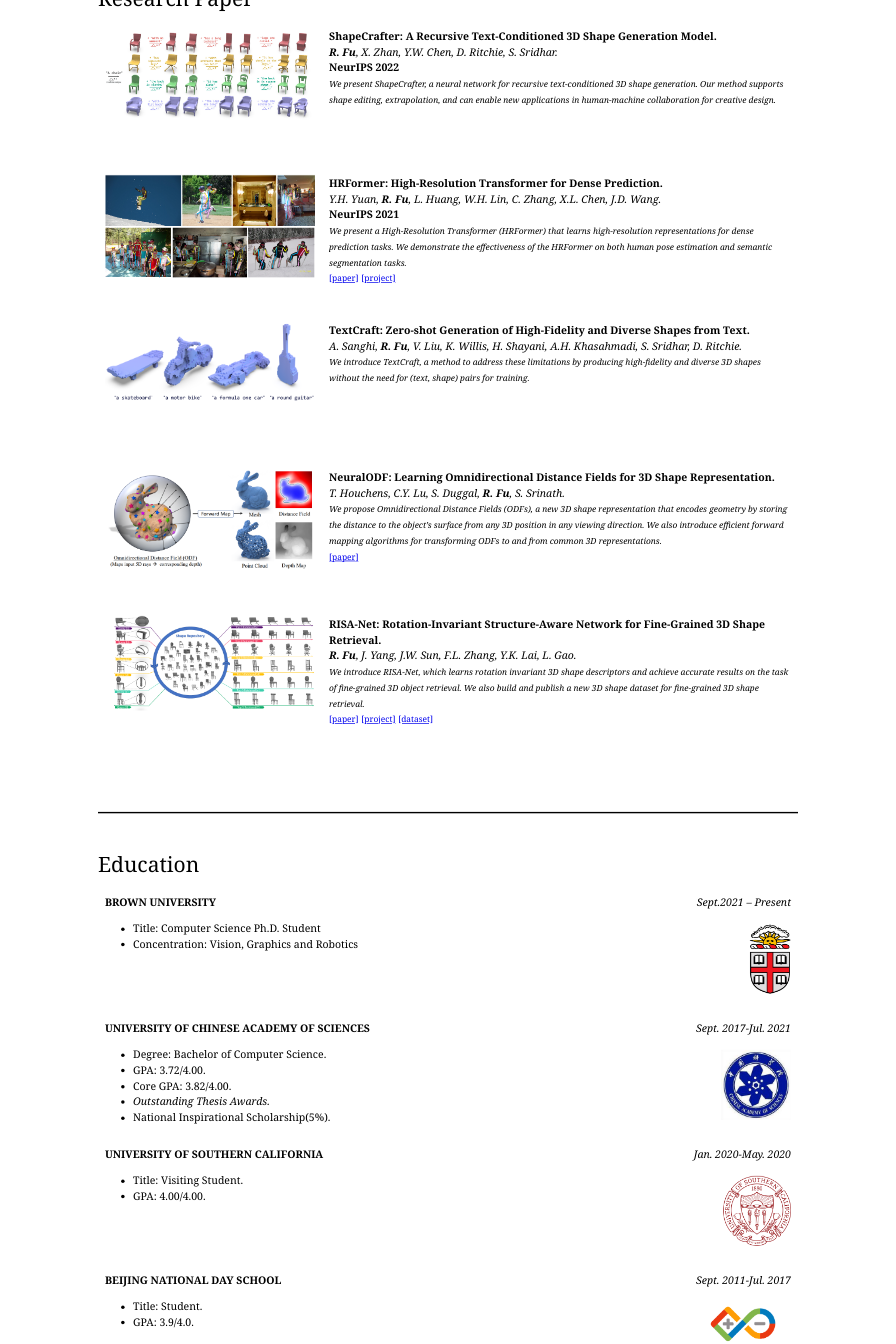
Repository: XinyangHan/XinyangHan.github.io
Page: index.html
The author's editor kept a copy of each file at every save. The page is drawn from the files as they stood at one save, then again after the next save.
The browser window is 1280 px wide. The pictures show the part of the page from y = 707 to 2627 px (the page is 4103 px tall before and 3473 px after), at 70% of full size.

Above is the page before, as saved 2023-02-11 14:09:26.
Console error (its wording comes from the project's code and is left out).

### index.html
<!DOCTYPE html>
<html>

<head>
	<meta charset="utf-8">
	<meta name="keywords" content="Rao FU, Rao FU, Rao Fu Homepage, Rao Fu Webpage, Rao Fu UCAS, Rao Fu Brown">
	<meta name="description" content="Rao FU's homepage">
	<meta name="viewport" content="width=device-width, initial-scale=1">
	<title>Rao FU | Homepage</title>
	<link href="style.css" rel="stylesheet" />
	<style>
	</style>



</head>

<body>
<!-------------------------------------------------- Header -------------------------------------------------->
<div id="header">
	<h1> Xinyang Han </h1>
	<h2>Computer Vision/Computer Graphics/Deep Learning</h2>
</div><!-- Header -->

<!-------------------------------------------------- Navbar -------------------------------------------------->
<div id="nav-wrapper">
<div id="nav">
			<button class="btn active" onclick="window.location.href = './index.html#content_home';">Home</button>
			<button class="btn" onclick="window.location.href = './index.html#content_project';">Research</button>
			<button class="btn" onclick="window.location.href = './index.html#content_exp';">Experience</button>
			<button class="btn" onclick="window.location.href = './resource/My_CV.pdf'; target='_blank'; ">CV</button>
			<button class="btn" onclick="window.location.href = './index.html#c_contact_biography';">Contact</button>
			<!-- <a href="./index.html#content_home" class="active">Home</a>  -->
			<!-- <a href="./index.html#content_project">Research</a> -->
			<!-- <a href="./index.html#content_exp">Experience</a> -->
			<!-- <a href="./resource/MY_CV.pdf">CV</a> -->
			<!-- <a href="./index.html#c_contact_biography">Contact</a> -->
</div> <!-- #nav -->
</div>

<!-------------------------------------------------- Script -------------------------------------------------->
<script>
	// Get the container element
	var btnContainer = document.getElementById("nav");

	// Get all buttons with class="btn" inside the container
	var btns = btnContainer.getElementsByClassName("btn");

	// Loop through the buttons and add the active class to the current/clicked button
	for (var i = 0; i < btns.length; i++) {
	btns[i].addEventListener("click", function() {
		var current = document.getElementsByClassName("active");
		current[0].className = current[0].className.replace(" active", "");
		this.className += " active";
	});
	}
</script>

<!-------------------------------------------------- Content Home-------------------------------------------------->
<div class="content"  id="content_home">

	<div class="c_home_wrapper">
		<div id="c_biography">
			<strong id="c_font1">Hello,</strong><br>
			<span class="c_font2">a bit about me:</span><br>
			<p class="c_font3">
				I am a concurrent student at UC Berkeley, and an undergraduate an UCAS, where I am happy to work with Prof. Lin Gao and Prof. Shuqiang Jiang.
			</p>
			<p class="c_font3">
				My research intereset lies in 3D Generation models and Logical thinking of artificial intelligence.
			</p>
			<p class="c_font3">
				I am passionate about digital art, reading, hiking and making friends.
			</p>
		</div>

		<div id="c_profile">
			<div class="c_thumbnail">
				<img src="img/round_profile.png" id="buttons" alt="profile_button" >
				<div class="overlay">
					<p>
						勿戳！<br>
						Don't poke my cheeks!<br>
						¡no me toques las mejillas! <br>
						मेरे गाल मत दबाओ! <br>
						আমার গালে খোঁচা দিও না! <br>
						não cutuque minhas bochechas! <br>
						не тыкай меня в щеки! <br>
						私の頬をつつかないで！ <br>
						ਮੇਰੀਆਂ ਗੱਲ੍ਹਾਂ ਨੂੰ ਨਾ ਮਾਰੋ! <br>
						唔好戳我嘅脸颊！<br>
						đừng chọc má tôi!<br>
						నా బుగ్గలు కుట్టకు!<br>
						yanaklarımı dürtme!<br>
						내 뺨을 찌르지 마! <br>
						ne touchez pas mes joues!<br>
						stoß mir nicht in die Wangen!<br>
						என் கன்னங்களை குத்தாதே!<br>
						میرے گالوں کو مت مارو!<br>
						ojo nyocot pipiku!<br>
						non toccarmi le guance!<br>
						لا تكز خدي!<br>
					</p>
				</div>
			</div>
		</div>

		<div id="c_info">
			<!-- <strong id="c_font4">And more</strong><br>
			<strong id="c_font4">about me</strong><br> -->
			<span class="c_font2_1"> and more about me... </span><br>
			<!-- CONTENT TODO -->
			<div class="thumbnail">
				<img src="img/email_icon.jpg" id="button0" alt="email_button" >
				<div class="overlay" onclick="window.location.href = 'hanxinyang20a@mails.ucas.ac.cn';" >
					<p>Email to<br>Say Hi</p>
				</div>
			</div> <!-- .thumbnail -->


			<div class="thumbnail">
				<img src="img/cv_icon.jpg" id="button1" alt="cv_button" >
				<div class="overlay"  onclick="window.location.href='./resource/Xinyang_Han_CV.pdf'; " >
					<p>CV/<br>Resume</p>
				</div>
			</div> <!-- .thumbnail -->

			<!-- <div class="thumbnail">
				<img src="img/gs_icon.png" id="button2" alt="google_button" >
				<div class="overlay" onclick="window.location.href = 'https://scholar.google.com/citations?hl=en&user=VWMWQEcAAAAJ';" >
					<p>Google<br>Scholar</p>
				</div>
			</div>  -->

			<div class="thumbnail">
				<img src="img/linkedin_icon.png" id="button3" alt="lkin_icon" >
				<div class="overlay" onclick="window.location.href = 'https://www.linkedin.com/in/xinyang-han-313bba265/;" >
					<p>LinkedIn<br>Profile</p>
				</div>
			</div> <!-- .thumbnail -->

			<div class="thumbnail">
				<img src="img/ucas_button.png" id="button4" alt="ucas_button" >
				<div class="overlay" onclick="window.location.href = 'https://en.wikipedia.org/wiki/University_of_the_Chinese_Academy_of_Sciences/';" >
					<p>B.E.@<br>UCAS</p>
				</div>
			</div> <!-- .thumbnail -->

			<div class="thumbnail">
				<img src="img/Seal_of_University_of_California,_Berkeley.svg.png" id="button5" alt="brown_button">
				<div class="overlay" onclick="window.location.href = 'https://www.berkeley.edu/';" >
					<p>Exchanging student.@<br>UCB
					</p>
				</div>
			</div> <!-- .thumbnail -->

			<!--<div class="thumbnail">
				<img src="img/cat_icon.jpg" id="button6" alt="cat_button">
				<div class="overlay" onclick="window.location.href = 'https://instagram.com/inocchi_mew?r=nametag';" >
					<p>My Cat<br>Inocchi
					</p>
				</div>
			</div>  .thumbnail -->

			<div class="thumbnail">
				<img src="img/art_icon.jpg" id="button6" alt="art_button">
				<div class="overlay" onclick="window.location.href = './index.html#content_home';" >
					<p>Arts<br>Todo...</p>
				</div>
			</div> <!-- .thumbnail -->

		</div>
	</div><!-- Home Wrapper-->

	<div class="clearfloat"></div>
</div><!-- Content Home-->

<!-------------------------------------------------- Content Project -------------------------------------------------->
<div class="content">

	<div class="c_public_wrapper" id="content_project">
		<div class="c_font1_1">Research Paper</div>
		<div class="c_public">
			<div class="disp_wrapper">
				<!-- <a href="./img/HRFormer.png" data-lightbox="project1" data-title="HRFormer2 Structure"> -->
					<img src="./img/project_shapecrafter.jpg" class="project_img" title="ShapeCrafter Structure">
				<!-- </a> -->
				<!-- <p class="small_font">click image for details</p> -->
			</div>
			<strong>ShapeCrafter: A Recursive Text-Conditioned 3D Shape Generation Model.</strong>
			<br><em><strong>R. Fu</strong>, X. Zhan, Y.W. Chen, D. Ritchie, S. Sridhar. </em>
			<br><strong>NeurIPS 2022</strong></em>
			<br><em class="small_font">We present ShapeCrafter, a neural network for recursive text-conditioned 3D shape generation.
				Our method supports shape editing, extrapolation, and can enable new applications in human-machine collaboration for creative design.</em>
			<!-- <br><a href="https://arxiv.org/abs/2207.09446" class="small_font">[paper]</a>
			<a href="https://ivl.brown.edu/projects/shapecrafter" class="small_font">[project]</a>	-->
		</div>

		<div class="c_public">
			<div class="disp_wrapper">
				<!-- <a href="./img/project_hrformer.png" data-lightbox="project1" data-title="HRFormer2 Structure"> -->
					<img src="./img/project_hrformer.png" class="project_img" title="HRFormer2 Structure">
				<!-- </a> -->
				<!-- <p class="small_font">click image for details</p> -->
			</div>
			<strong>HRFormer: High-Resolution Transformer for Dense Prediction.</strong>
			<br><em>Y.H. Yuan, <strong>R. Fu</strong>, L. Huang, W.H. Lin, C. Zhang, X.L. Chen, J.D. Wang. </em>
			<br><strong>NeurIPS 2021</strong></em>
			<br><em class="small_font">We present a High-Resolution Transformer (HRFormer) that learns high-resolution
				representations for dense prediction tasks. We demonstrate the effectiveness
				of the HRFormer on both human pose estimation and semantic segmentation tasks.</em>
			<br><a href="https://arxiv.org/abs/2110.09408" class="small_font">[paper]</a>
			<a href="https://github.com/HRNet/HRFormer" class="small_font">[project]</a>
		</div>

		<div class="c_public">
			<div class="disp_wrapper">
				<!-- <a href="./img/HRFormer.png" data-lightbox="project1" data-title="HRFormer2 Structure"> -->
					<img src="./img/project_textcraft.png" class="project_img" title="TextCraft Structure">
				<!-- </a> -->
				<!-- <p class="small_font">click image for details</p> -->
			</div>
			<strong>TextCraft: Zero-shot Generation of High-Fidelity and Diverse Shapes from Text.</strong>
			<br><em>A. Sanghi, <strong>R. Fu</strong>, V. Liu, K. Willis,  H. Shayani, A.H. Khasahmadi, S. Sridhar, D. Ritchie. </em>
			<!-- <br><strong>CoRR</strong></em> -->
			<br><em class="small_font">We introduce TextCraft, a method to address these limitations by producing high-fidelity
				and diverse 3D shapes without the need for (text, shape) pairs for training.</em>
			<!-- <br><a href="https://arxiv.org/pdf/2206.05837" class="small_font">[paper]</a> -->
		</div>

		<div class="c_public">
			<div class="disp_wrapper">
				<!-- <a href="./img/HRFormer.png" data-lightbox="project1" data-title="HRFormer2 Structure"> -->
					<img src="./img/project_odf.jpg" class="project_img" title="ODF Structure">
				<!-- </a> -->
				<!-- <p class="small_font">click image for details</p> -->
			</div>
			<strong>NeuralODF: Learning Omnidirectional Distance Fields for 3D Shape Representation.</strong>
			<br><em>T. Houchens, C.Y. Lu, S. Duggal, <strong>R. Fu</strong>, S. Srinath. </em>
			<!-- <br><strong>CoRR</strong></em> -->
			<br><em class="small_font">We propose Omnidirectional Distance Fields (ODFs), a new 3D shape representation
				that encodes geometry by storing the distance to the object’s surface from any 3D position in any
				viewing direction. We also introduce efficient forward mapping algorithms for transforming ODFs to and
				from common 3D representations.</em>
			<br><a href="https://arxiv.org/pdf/2206.05837" class="small_font">[paper]</a>
		</div>

		<div class="c_public">
				<div class="disp_wrapper">
					<!-- <a href="./img/project_risanet.png" data-lightbox="project1" data-title="RISA-Net Structure"> -->
						<img src="./img/project_risanet.png" class="project_img" title="RISA-Net Structure">
					<!-- </a> -->
					<!-- <p class="small_font">click image for details</p> -->
				</div>
				<strong>RISA-Net: Rotation-Invariant Structure-Aware Network for Fine-Grained 3D Shape Retrieval.</strong>
				<br><em><strong>R. Fu</strong>, J. Yang, J.W. Sun, F.L. Zhang, Y.K. Lai, L. Gao. </em>
				<!-- <br><em>CoRR </em> -->
				<br><em class="small_font">We introduce RISA-Net, which learns rotation invariant
					3D shape descriptors and achieve accurate results on the task of fine-grained 3D object retrieval. We also build and publish
					a new 3D shape dataset for fine-grained 3D shape retrieval.</em>
				<br><a href="https://arxiv.org/abs/2010.00973" class="small_font">[paper]</a>
				<a href="https://github.com/IGLICT/RisaNET" class="small_font">[project]</a>
				<a href="https://drive.google.com/drive/folders/1BpwtlhrYfR5xGcXGoYFjo9bQFtw4nFvP" class="small_font">[dataset]</a>

		</div>
	</div>
	<div class="clearfloat"></div>
</div><!-- Content Project-->

<!-------------------------------------------------- Content Experiment-------------------------------------------------->
<div class="content">

	<div class="c_education_wrapper" id="content_exp">
		<div class="c_font1_1">Education</div>

		<div class="c_education">
			<strong>BROWN UNIVERSITY</strong>
			<em class="dates">Sept.2021 – Present</em>
			<div class="clearfloat"></div>
			<div class="logo_wrapper">
				<img class="schoollogo" src="./img/brown_logo.png" alt="BROWN Logo" />
			</div>
			<ul>
			<li>Title: Computer Science Ph.D. Student</li>
			<li>Concentration: Vision, Graphics and Robotics</li>
			</ul>
		</div>

		<div class="c_education">
			<strong>UNIVERSITY OF CHINESE ACADEMY OF SCIENCES</strong>
			<em class="dates">Sept. 2017-Jul. 2021</em>
			<div class="clearfloat"></div>
			<div class="logo_wrapper">
				<img class="schoollogo" src="./img/cas_logo.jpg" alt="CAS Logo" />
			</div>
			<ul>
			<li>Degree: Bachelor of Computer Science.</li>
			<li>GPA: 3.72/4.00.</li>
			<li>Core GPA: 3.82/4.00.</li>
			<li><em>Outstanding Thesis Awards.</em> </li>
			<li><em></em>National Inspirational Scholarship(5%).</em></li>
			</ul>
		</div>

		<div class="c_education">
			<strong>UNIVERSITY OF SOUTHERN CALIFORNIA</strong>
			<em class="dates">Jan. 2020-May. 2020</em>
			<div class="clearfloat"></div>
			<div class="logo_wrapper">
				<img class="schoollogo" src="./img/usc_logo.png" alt="USC Logo" />
			</div>
			<ul>
			<li>Title: Visiting Student.</li>
			<li>GPA: 4.00/4.00.</li>
			</ul>

		</div>

		<div class="c_education">
			<strong>BEIJING NATIONAL DAY SCHOOL</strong>
			<em class="dates">Sept. 2011-Jul. 2017</em>
			<div class="clearfloat"></div>
			<div class="logo_wrapper">
				<img class="schoollogo" src="./img/bnds_logo.png" alt="USC Logo" />
			</div>
			<ul>
			<li>Title: Student.</li>
			<li>GPA: 3.9/4.0.</li>
			</ul>

		</div>
	</div>

	<div class="c_intern_wrapper">
		<div class="c_font1_1">Employment</div>

		<div class="c_intern">
			<strong>Research intern: Autodesk Inc.</strong>
				<em class="dates">May. 2022 – Present</em>
			<br><br><em>Group: AI Lab</em><em class="dates">Toronto, Canada</em>
			<ul>
				<li>Research on Lauguage-guided 3D Shape Generation.</li>
			</ul>
		</div>

		<div class="c_intern">
			<strong>Research intern: Microsoft Research, Asia</strong>
				<em class="dates">Mar. 2021 – July. 2021</em>
			<br><br><em>Group: Speech Group, Visual Computing Group</em><em class="dates">Beijing, China</em>
			<ul>
				<li>Research on High-Resolution Machine Perception Backbone</li>
			</ul>
		</div>

		<div class="c_intern">
			<strong>Research intern: University of California, San Diego</strong>
				<em class="dates">May. 2020 – Nov. 2020</em>
			<br><br><em>Advisor: Prof. Hao Su.</em><em class="dates">San Diego, CA, USA</em>
			<ul>
				<li>Research on Robot Grasping with Two-Finger Grippers.</li>
				<li>Research on Humanoid Robot Grippers.</li>
			</ul>
		</div>

		<div class="c_intern">
				<strong>Research intern: Institute of Computing Technology, CAS.</strong>
					<em class="dates">Jul. 2019 – Nov. 2020</em>
				<br><br><em>Advisor: Prof. Lin Gao</em> <em class="dates">Beijing, China</em>
				<ul>
					<li>Research on Fine-grained 3D Shape Retrieval.</li>
					<li>Research on Talking Head Generation.</li>
				</ul>
		</div>
	</div>

	<div class="clearfloat"></div>

</div><!-- Content Experiment-->

<!-------------------------------------------------- Content Contact-------------------------------------------------->
<div class="content">
	<div class="c_contact_wrapper">
	<!-- 	<div id="c_contact_biography">
			<span class="c_font1_1">Contact me:</span><br>
			<p class="c_font3">
			Email: <a href="mailto:rao_fu@brown.edu">rao_fu@brown.edu</a>
			</p>
			<p class="c_font3">
			Mail: Brown University Box 1910, Providence, RI 02912
			</p>
		</div> -->

		<div id="c_contact_profile">
			<span class="c_font1_1">Buy me a Boba:</span><br>
			<p class="c_font3">
			If you like my homepage and think it's useful, welcome to buy me a Boba via Wechat or Paypal down here:
			</p>
			<div id="c_contact_thumbnail_1">
			</div>
			<div id="c_contact_thumbnail_2">
			</div>
		</div>

		<div class="clearfloat"></div>
	</div><!-- Content Contact Wrapper-->
</div><!-- Content Contact -->


<div class="clearfloat"></div>
<!-------------------------------------------------- Footer -------------------------------------------------->
<div id="footer">
	<!-- <div class="b_thumbnail">
		<img class="b_img" src="img/i3.png" alt="email">
	</div>
	<div class="b_font">
		<a href="mailto:rao_fu@brown.edu">rao_fu@brown.edu</a>
	</div>
	<div class="b_thumbnail">
		<img class="b_img" src="img/i4.png" alt="git">
	</div>
	<div class="b_font">
		<a href="https://github.com/freddierao">github.com/freddierao</a>
	</div>	 -->
	<div class="b_thumbnail">
		<img class="b_img" src="img/i2.png" alt="copyright">
	</div>
	<div class="b_font">
		&copy; 2022 by Rao FU
	</div>
	<div class="clearfloat"></div>
</div><!-- Footer -->
<script>
window.onscroll = function() {myFunction()};

var navbar = document.getElementById("nav-wrapper");
var sticky = navbar.offsetTop;

function myFunction() {
  if (window.pageYOffset >= sticky) {
    navbar.classList.add("sticky")
  } else {
    navbar.classList.remove("sticky");
  }
}
</script>
</body>
</html>

Loaded but not shown: style.css (556 lines, source omitted)

After the next save:
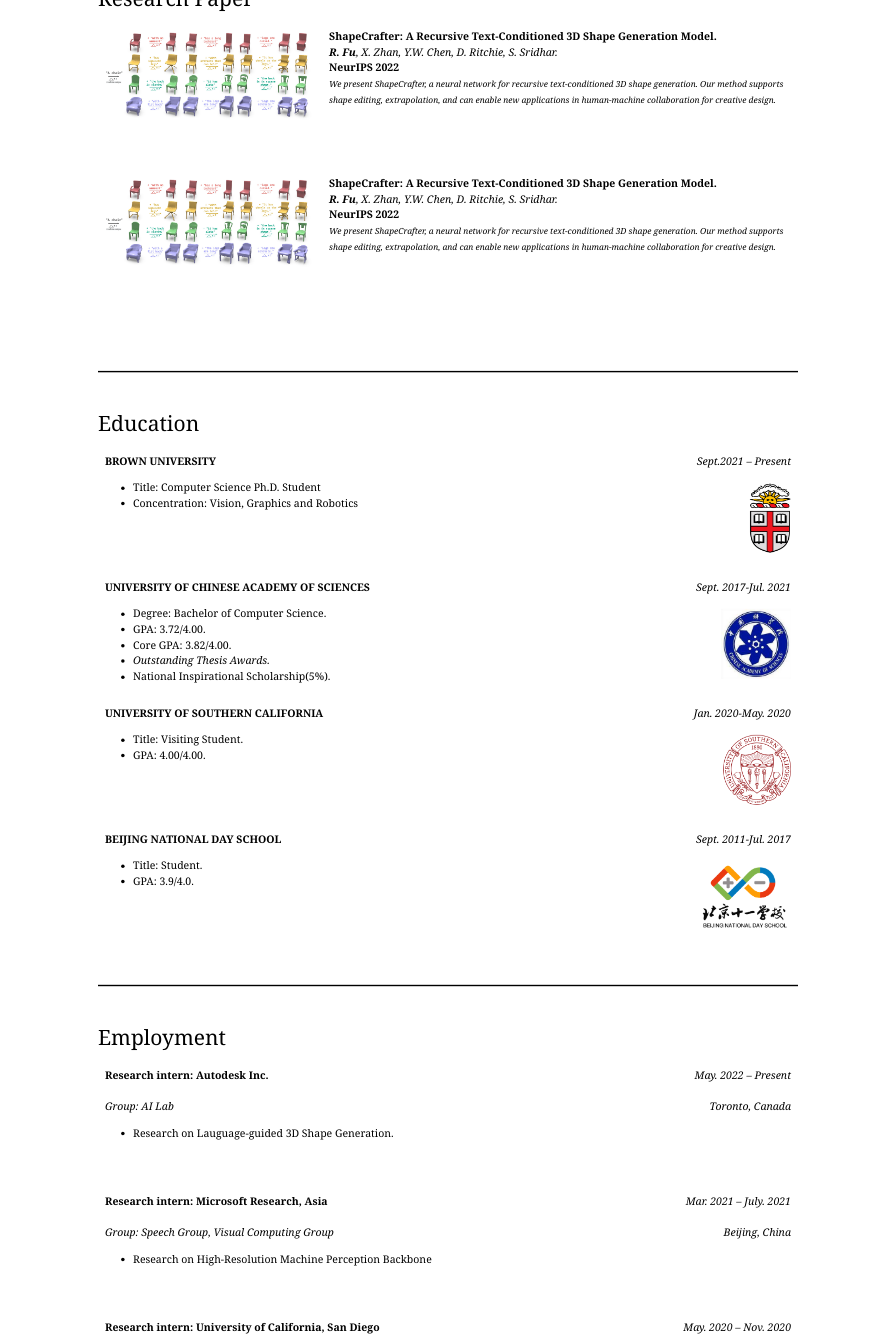
Saved 2 min 21 s later.
--- a/index.html
+++ b/index.html
@@ -180,6 +180,7 @@
 
 	<div class="c_public_wrapper" id="content_project">
 		<div class="c_font1_1">Research Paper</div>
+
 		<div class="c_public">
 			<div class="disp_wrapper">
 				<!-- <a href="./img/HRFormer.png" data-lightbox="project1" data-title="HRFormer2 Structure"> -->
@@ -198,70 +199,18 @@
 
 		<div class="c_public">
 			<div class="disp_wrapper">
-				<!-- <a href="./img/project_hrformer.png" data-lightbox="project1" data-title="HRFormer2 Structure"> -->
-					<img src="./img/project_hrformer.png" class="project_img" title="HRFormer2 Structure">
+				<!-- <a href="./img/HRFormer.png" data-lightbox="project1" data-title="HRFormer2 Structure"> -->
+					<img src="./img/project_shapecrafter.jpg" class="project_img" title="ShapeCrafter Structure">
 				<!-- </a> -->
 				<!-- <p class="small_font">click image for details</p> -->
 			</div>
-			<strong>HRFormer: High-Resolution Transformer for Dense Prediction.</strong>
-			<br><em>Y.H. Yuan, <strong>R. Fu</strong>, L. Huang, W.H. Lin, C. Zhang, X.L. Chen, J.D. Wang. </em>
-			<br><strong>NeurIPS 2021</strong></em>
-			<br><em class="small_font">We present a High-Resolution Transformer (HRFormer) that learns high-resolution
-				representations for dense prediction tasks. We demonstrate the effectiveness
-				of the HRFormer on both human pose estimation and semantic segmentation tasks.</em>
-			<br><a href="https://arxiv.org/abs/2110.09408" class="small_font">[paper]</a>
-			<a href="https://github.com/HRNet/HRFormer" class="small_font">[project]</a>
-		</div>
-
-		<div class="c_public">
-			<div class="disp_wrapper">
-				<!-- <a href="./img/HRFormer.png" data-lightbox="project1" data-title="HRFormer2 Structure"> -->
-					<img src="./img/project_textcraft.png" class="project_img" title="TextCraft Structure">
-				<!-- </a> -->
-				<!-- <p class="small_font">click image for details</p> -->
-			</div>
-			<strong>TextCraft: Zero-shot Generation of High-Fidelity and Diverse Shapes from Text.</strong>
-			<br><em>A. Sanghi, <strong>R. Fu</strong>, V. Liu, K. Willis,  H. Shayani, A.H. Khasahmadi, S. Sridhar, D. Ritchie. </em>
-			<!-- <br><strong>CoRR</strong></em> -->
-			<br><em class="small_font">We introduce TextCraft, a method to address these limitations by producing high-fidelity
-				and diverse 3D shapes without the need for (text, shape) pairs for training.</em>
-			<!-- <br><a href="https://arxiv.org/pdf/2206.05837" class="small_font">[paper]</a> -->
-		</div>
-
-		<div class="c_public">
-			<div class="disp_wrapper">
-				<!-- <a href="./img/HRFormer.png" data-lightbox="project1" data-title="HRFormer2 Structure"> -->
-					<img src="./img/project_odf.jpg" class="project_img" title="ODF Structure">
-				<!-- </a> -->
-				<!-- <p class="small_font">click image for details</p> -->
-			</div>
-			<strong>NeuralODF: Learning Omnidirectional Distance Fields for 3D Shape Representation.</strong>
-			<br><em>T. Houchens, C.Y. Lu, S. Duggal, <strong>R. Fu</strong>, S. Srinath. </em>
-			<!-- <br><strong>CoRR</strong></em> -->
-			<br><em class="small_font">We propose Omnidirectional Distance Fields (ODFs), a new 3D shape representation
-				that encodes geometry by storing the distance to the object’s surface from any 3D position in any
-				viewing direction. We also introduce efficient forward mapping algorithms for transforming ODFs to and
-				from common 3D representations.</em>
-			<br><a href="https://arxiv.org/pdf/2206.05837" class="small_font">[paper]</a>
-		</div>
-
-		<div class="c_public">
-				<div class="disp_wrapper">
-					<!-- <a href="./img/project_risanet.png" data-lightbox="project1" data-title="RISA-Net Structure"> -->
-						<img src="./img/project_risanet.png" class="project_img" title="RISA-Net Structure">
-					<!-- </a> -->
-					<!-- <p class="small_font">click image for details</p> -->
-				</div>
-				<strong>RISA-Net: Rotation-Invariant Structure-Aware Network for Fine-Grained 3D Shape Retrieval.</strong>
-				<br><em><strong>R. Fu</strong>, J. Yang, J.W. Sun, F.L. Zhang, Y.K. Lai, L. Gao. </em>
-				<!-- <br><em>CoRR </em> -->
-				<br><em class="small_font">We introduce RISA-Net, which learns rotation invariant
-					3D shape descriptors and achieve accurate results on the task of fine-grained 3D object retrieval. We also build and publish
-					a new 3D shape dataset for fine-grained 3D shape retrieval.</em>
-				<br><a href="https://arxiv.org/abs/2010.00973" class="small_font">[paper]</a>
-				<a href="https://github.com/IGLICT/RisaNET" class="small_font">[project]</a>
-				<a href="https://drive.google.com/drive/folders/1BpwtlhrYfR5xGcXGoYFjo9bQFtw4nFvP" class="small_font">[dataset]</a>
-
+			<strong>ShapeCrafter: A Recursive Text-Conditioned 3D Shape Generation Model.</strong>
+			<br><em><strong>R. Fu</strong>, X. Zhan, Y.W. Chen, D. Ritchie, S. Sridhar. </em>
+			<br><strong>NeurIPS 2022</strong></em>
+			<br><em class="small_font">We present ShapeCrafter, a neural network for recursive text-conditioned 3D shape generation.
+				Our method supports shape editing, extrapolation, and can enable new applications in human-machine collaboration for creative design.</em>
+			<!-- <br><a href="https://arxiv.org/abs/2207.09446" class="small_font">[paper]</a>
+			<a href="https://ivl.brown.edu/projects/shapecrafter" class="small_font">[project]</a>	-->
 		</div>
 	</div>
 	<div class="clearfloat"></div>
